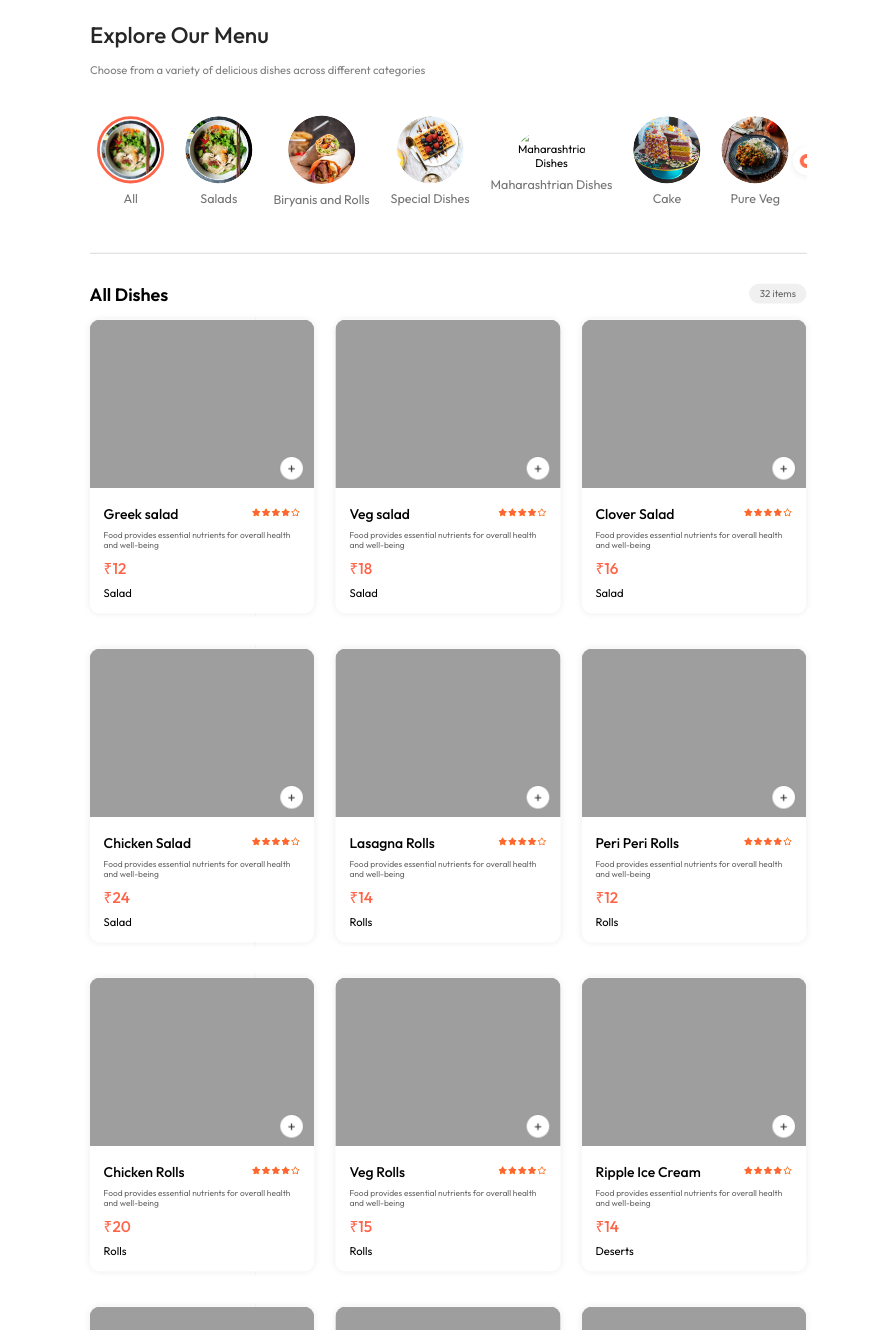
Repository: keyursanglikar/Hotel-Manangement
Page: / (app in frontend/)
An editor plug-in stored every save of this project. The page is shown before and after the next save, followed by the edit.
The browser window is 1280 px wide. The pictures show the part of the page from y = 609 to 2509 px (the page is 9373 px tall), at 70% of full size.
The page's requests for data from a server got no answer. The project was rebuilt for these pictures with package versions that can differ from the ones it lists, and the page was loaded fresh each time. No one was signed in, and anything a server would have sent is missing. Also part of the build but not shown: frontend/vite.config.js, frontend/src/pages/Cart/Cart.css, frontend/src/pages/Cart/Cart.jsx, frontend/src/pages/PlaceOrder/PlaceOrder.jsx, frontend/src/components/LoginPopup/LoginPopup.css, frontend/src/components/LoginPopup/LoginPopup.jsx, frontend/src/pages/Verify/Verify.css, frontend/src/pages/Verify/Verify.jsx and 2 more.

Above is the page before, as saved 2025-12-04 23:24:34.

After the next save:
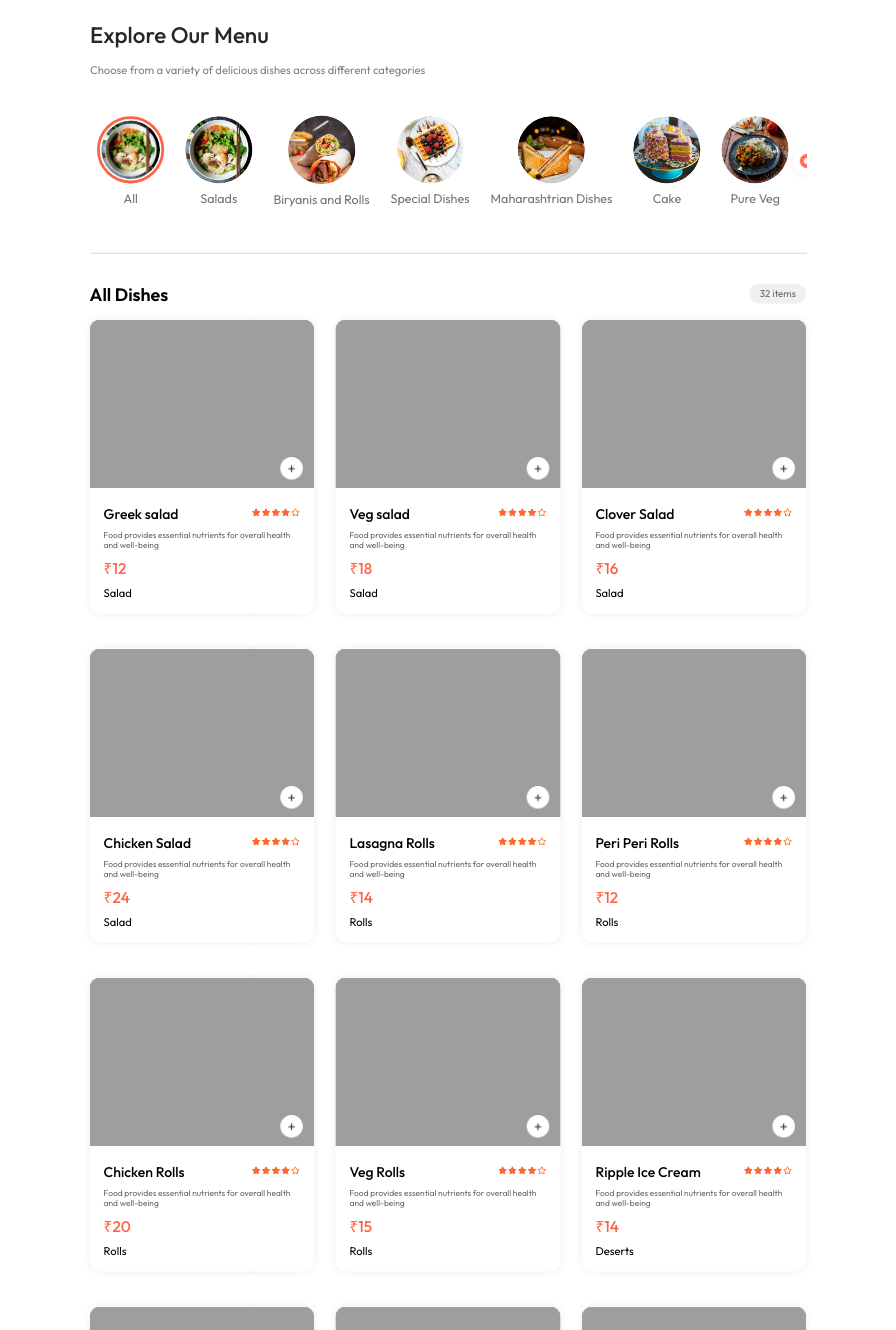
Saved 13 s later.
--- a/frontend/src/assets/assets.js
+++ b/frontend/src/assets/assets.js
@@ -481,7 +481,7 @@ export const menu_list = [
         menu_image: menu_3
     },
     {
-        menu_name: "Sandwich",
+        menu_name: "Maharashtrian Dishes",
         menu_image: menu_4
     },
     {
